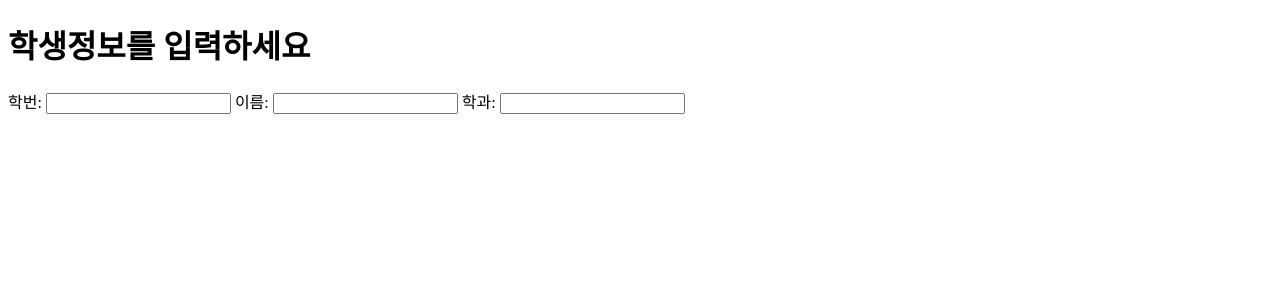
Repository: shashak23/spring_workspace
Page: springweb/src/main/webapp/resources/sample05/testController08.html
The author's editor kept a copy of each file at every save. The page is drawn from the files as they stood at one save, then again after the next save.
The browser window is 1280 px wide. The pictures show the whole page.

Above is the page before, as saved 2023-02-27 07:12:09.

After the next save:
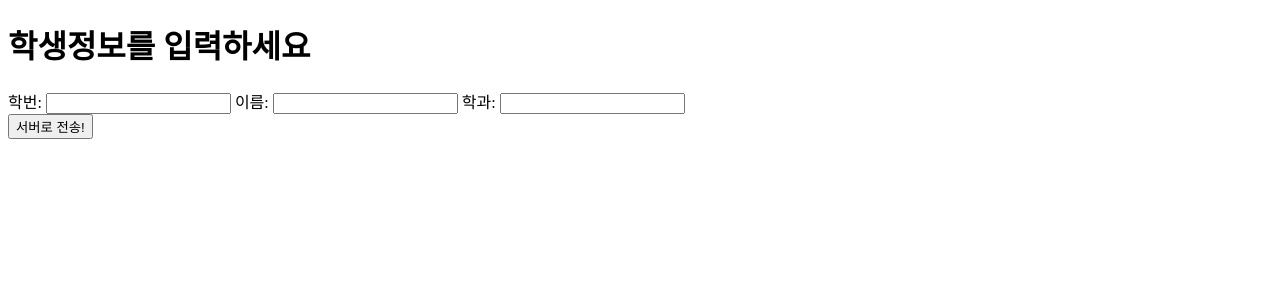
Saved 55 s later.
--- a/springweb/src/main/webapp/resources/sample05/testController08.html
+++ b/springweb/src/main/webapp/resources/sample05/testController08.html
@@ -10,6 +10,9 @@
 			학번: <input type="number" name="userNumber">
 			이름: <input type="text" name="userName">
 			학과: <input type="text" name="userDept">
+			<br>
+
+			<input type="submit" value="서버로 전송!">
 		</form>
 </body>
 </html>
